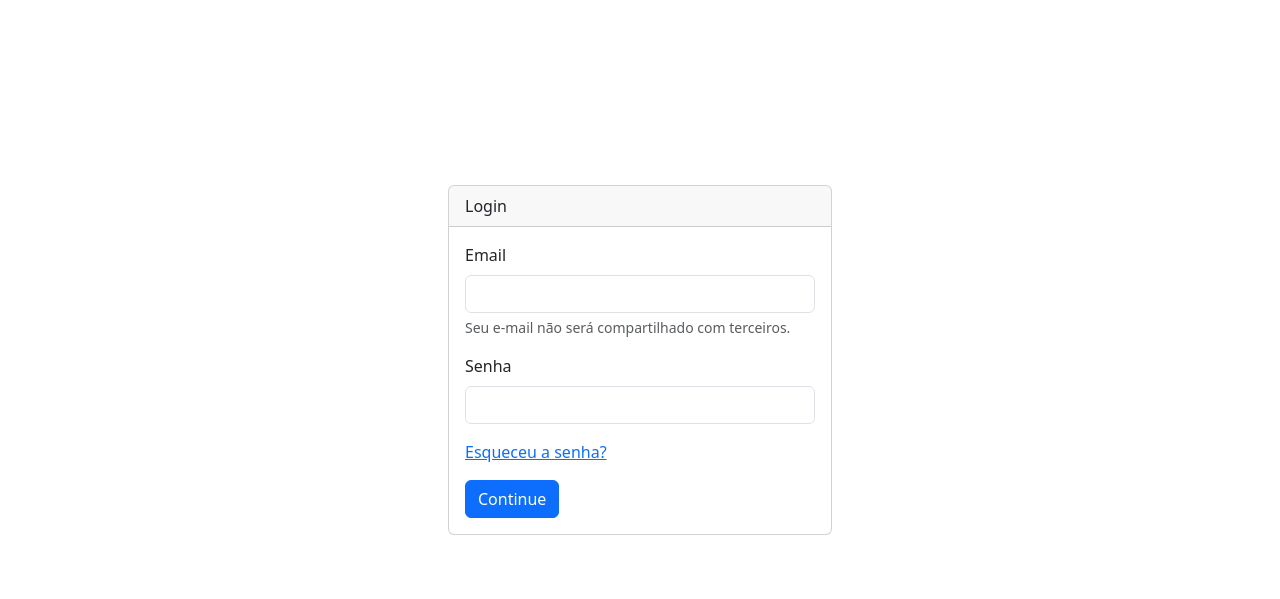
Repository: vandrecx/utilitaries
Page: http://localhost/login_archive/index.php
These files come from the project's save history. The page is drawn as it stood at one moment and after the next save; the edit follows.
The browser window is 1280 px wide. The pictures show the whole page.
The page is run by PHP 8.4 with error messages shown; the project is at /var/www/html/.

Above is the page before, as saved 2024-05-01 14:20:42.

After the next save:
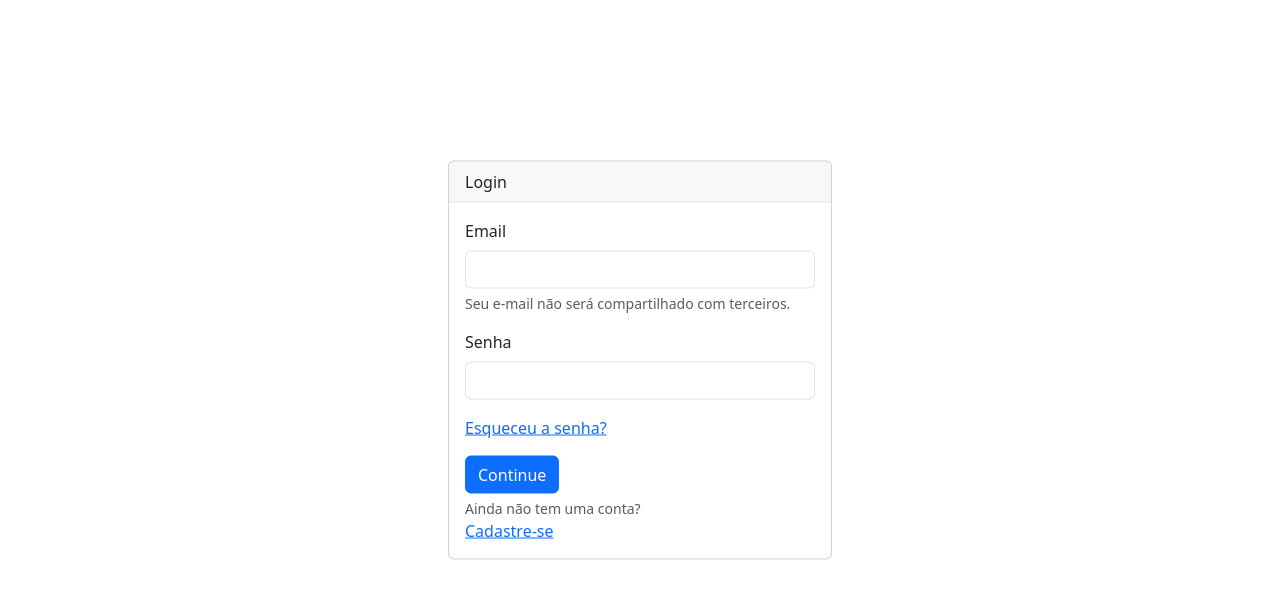
Saved 6 s later.
--- a/login_archive/index.php
+++ b/login_archive/index.php
@@ -34,6 +34,8 @@ include 'funcoes.php';
                 </div>
                 <button type="submit" class="btn btn-primary" name="submit">Continue</button>
             </form>
+                <div id="emailHelp" class="form-text">Ainda não tem uma conta? </div>
+                <a href="recupera_senha.php">Cadastre-se</a>
                 <?php if(isset($_GET['validation']) && $_GET['validation'] == '0'){ ?>
                     <br>
                     <div class="alert alert-danger" role="alert">
